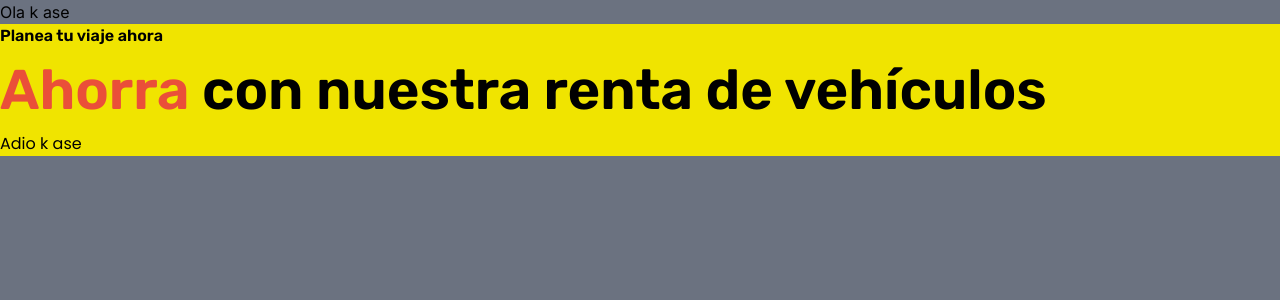
Repository: aldovelacasas/PF_RentCar2
Page: /homePage
An editor plug-in stored every save of this project. The page is shown before and after the next save, followed by the edit.
The browser window is 1280 px wide. The pictures show the whole page.
The project was rebuilt for these pictures with package versions that can differ from the ones it lists, and the page was loaded fresh each time. The framework's server and built-in components were replaced by stand-ins that run in the browser. Also part of the build but not shown: next.config.js.

Above is the page before, as saved 2023-08-29 18:53:48.

After the next save:
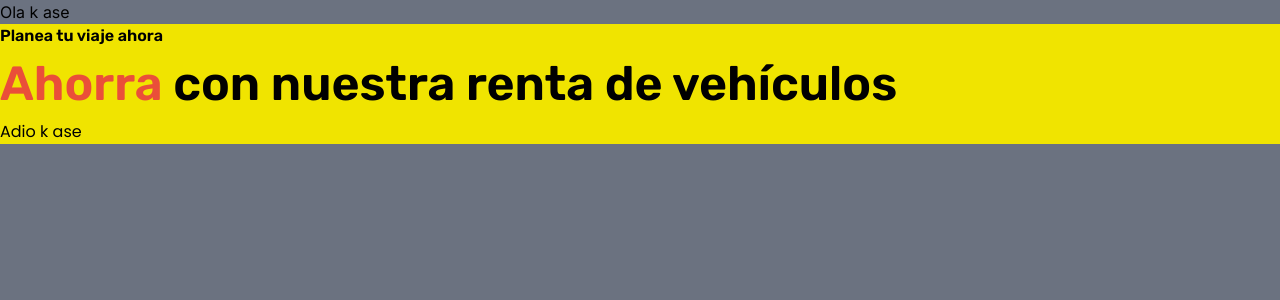
Saved 19 s later.
--- a/src/app/homePage/page.jsx
+++ b/src/app/homePage/page.jsx
@@ -16,7 +16,7 @@ function HomePage() {
   return (
     <div className={`bg-amarillo_status ${rubik}`}>
       <p className={`${poppins.className}`}>Planea tu viaje ahora</p>
-      <h1 className="text-[3.5em]">
+      <h1 className="text-[3em]">
         <span className="text-naranja_enf">Ahorra </span>con nuestra renta de
         vehículos
       </h1>
